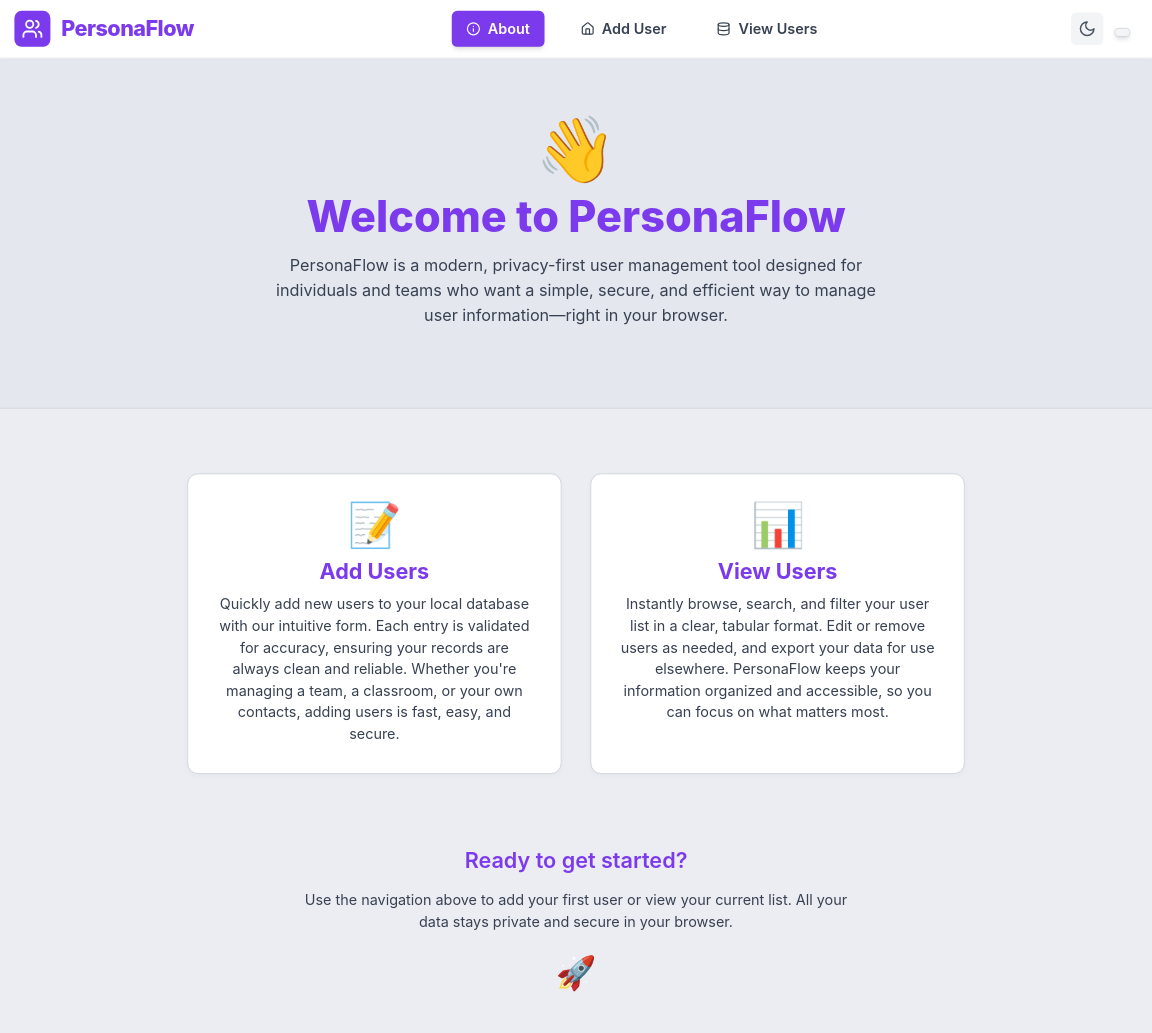
Repository: nikunjagarwal05/PersonaFlow
Page: /
The author's editor kept a copy of each file at every save. The page is drawn from the files as they stood at one save, then again after a run of saves.
The browser window is 1280 px wide. The pictures show the whole page, at 90% of full size.
The project was rebuilt for these pictures with package versions that can differ from the ones it lists, and the page was loaded fresh each time. Also part of the build but not shown: vite.config.ts, src/components/Toast.jsx, src/components/LanguageSelector.jsx, src/components/UserForm.jsx, src/utils/localStorage.js, src/pages/Home.jsx, src/components/UserTable.jsx, src/components/SearchBar.jsx and 3 more.

Above is the page before, as saved 2025-06-12 12:18:00.

After the next 2 saves:
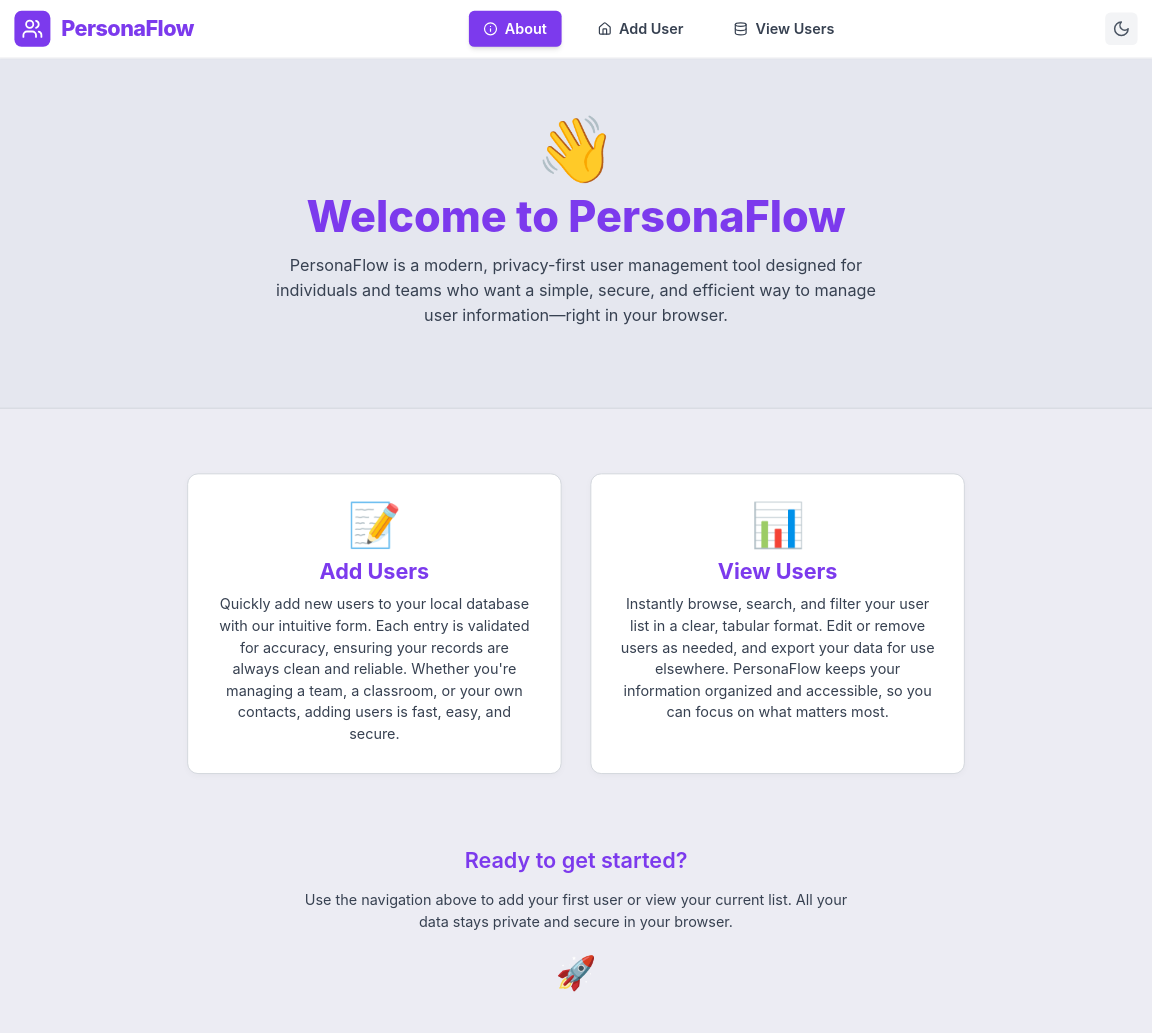
The 2 saves are shown as one change because they came seconds apart.
The last was saved 11 s later.
--- a/src/components/Navbar.jsx
+++ b/src/components/Navbar.jsx
@@ -71,9 +71,8 @@ const Navbar = ({ darkMode, toggleDarkMode }) => {
               <Moon className="w-5 h-5 text-gray-600" />
             )}
           </button>
+        </div>
 
-          <div id="google_translate_element" className="mt-2"></div>
-        </div>
       </div>
     </nav>
   );
